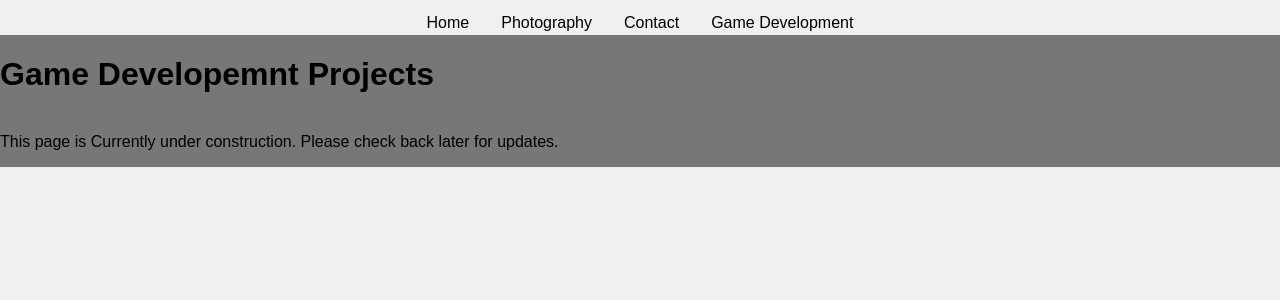
Repository: Argivist/ArgPortfolio
Page: game/index.html
These files come from the project's save history. The page is drawn as it stood at one moment and after a run of saves; the edit follows.
The browser window is 1280 px wide. The pictures show the whole page.

Above is the page before, as saved 2025-03-28 20:39:25.
Not found: css/game.css

### game/index.html
<!DOCTYPE html>
<html lang="en">

<head>
    <meta charset="UTF-8">
    <meta name="viewport" content="width=device-width, initial-scale=1.0">
    <link rel="stylesheet" href="../css/styles.css">
    <link rel="stylesheet" href="../css/nav.css">
    <link rel="stylesheet" href="../css/items.css">
    <link rel="stylesheet" href="../css/game.css">
    <link rel="stylesheet" href="css/gamepreview.css">


    <title>Hutton Amison-Addy</title>

    <style>
        body{
            background-color: #f0f0f0;
            font-family: 'Arial', sans-serif;
        }
    </style>
</head>

<body>
    <nav>
        <ul>
            <li class="nav-content"><a href="../../index.html">Home</a></li>
            <li class="nav-content"><a href="https://www.instagram.com/theworldinoneseye/">Photography</a></li>

            <li class="dropdown nav-content">
                <a>Contact</a>
                <ul class="dropdown-content">
                    <li><a href="https://www.linkedin.com/in/hutton-amison-addy-7b1b3b1b1/">LinkedIn</a></li>
                    <li><a href="https://www.github.com/Argivist">GitHub</a></li>
                    <li><a href="mailto:hutton.amison@ashesi.edu.gh">hutton.amison@ashesi.edu.gh</a></li>
                    <li><a href="mailto:huttonaaddy.public@gmail.com">huttonaaddy.public@gmail.com</a></li>
                </ul>
            </li>

            <li class="dropdown nav-content active">
                <a href="#" class="active-text">Game Development</a>
                <ul class="dropdown-content">
                    <li><a>Game Development Projects</a></li>
                    <li class=""><a href="../blender/index.html">Blender</a></li>
                </ul>
            </li>
        </ul>
    </nav>
    <div class="padding">
    </div>
        <div class="overlay">

            <!-- aditional context -->
            <div>
                <h1>Game Developemnt Projects</h1>
                <p class="desc">
                    This page is Currently under construction. Please check back later for updates.
                </p>
            </div>

            <!-- Preview -->
            <!-- <div id="previews"></div> -->

        </div>



</body>
<!-- Include PapaParse from CDN -->
 <!-- uncomment when ready to edit -->
<!-- <script src="https://cdnjs.cloudflare.com/ajax/libs/PapaParse/5.3.2/papaparse.min.js"></script> -->
<!-- <script src="./js/loadPreviews.js" defer></script> -->

</html>

### css/styles.css
body{
    height: 100%;
    margin: 0;
    padding: 0;
}

 p {
    white-space: pre-line; /* preserves newlines, but collapses extra spaces */
  }
  .overlay {
    /* position: fixed; */
    position: absolute;
    left: 0;
    width: 100%;
    /* height: 100%; */
    background-color: rgba(0, 0, 0, 0.5); /* Adjust opacity as needed */
    z-index: -1; /* Keeps it behind your content */
}

### css/nav.css
/* 1. Define default variables in :root */


/* NAV Content and Dropdown */
.nav-content {
    position: relative;
    display: inline-block;
}

.dropdown {
    position: relative; /* For proper absolute positioning of its child */
    display: inline-block;
}

.dropdown:hover .dropdown-content {
    display: block;
}

.dropdown-content {
    display: none;
    position: absolute; /* This makes it overlay other elements without affecting layout */
    background-color: var(--dropdown-bg);
    min-width: 160px;
    box-shadow: 0px 8px 16px 0px rgba(0,0,0,0.2);
    z-index: 1;
}

/* Nav Stylisation */
nav {
    background-color: var(--nav-bg);
    position: fixed;
    top: 0;
    left: 0;
    width: 100vw;
    z-index: 100;
    display: flex;
    justify-content: center;  /* Centers the nav content horizontally */
    align-items: center;      /* Vertically centers items */
    margin: 0;
    color: var(--nav-link-color);
}

/* Reserve space for the fixed navbar */
.padding {
    height: 35px;  /* Adjust this value to match your navbar's height */
    top: 0;
    left: 0;
    width: 100%;
    bottom: 0;
}

/* Nav List Styles */
nav ul {
    list-style-type: none;
    margin: 0;
    padding: 0;
    display: flex;
}

nav ul li {
    display: inline-block;
    margin: 0;
    text-align: center;
    /* If you want each <li> to match nav’s background: */
    background-color: var(--nav-bg);
}

/* Nav Links */
nav ul li a {
    display: block;
    color: var(--nav-link-color);
    text-align: center;
    padding: 14px 16px;
    text-decoration: none;
}

nav ul li a:hover {
    background-color: var(--nav-link-hover-bg);
    color: var(--nav-link-active-color);
}

/* Optional: Ensure dropdown list items take full width */
.dropdown ul li {
    width: 100%;
}

/* Active link styling */
.active {
    background-color: var(--active-bg);
    /* color: var(--nav-link-active-color); */
    text-decoration: none;
}
/* If .active is on the <li>, target the <a> inside */
.active-text{
    color: var(--nav-link-active-color);
}

### css/items.css

/* Container for preview items arranged in a 3-column grid */
#previews {
    display: grid;
    grid-template-columns: repeat(3, 1fr);
    gap: 20px; /* Adjust gap between items as needed */
    padding: 20px;
    height: fit-content;
  }
  @media (max-width: 768px) {
    #previews{
        display: block;
    }
}

/* Preview Box */
/* Make sure the preview box is positioned relative */
.preview-box {
    position: relative;
    width: 100%;
    height: 50vh;
    margin: 50px auto;
    border: 1px solid var(--preview-box-border-color);
    border-radius: 3px;
    overflow: hidden;
    cursor: pointer;
    box-shadow: 0 2px 8px rgba(0, 0, 0, 0.2);
    transition: transform 0.3s ease;
  }
  /* for smaller devices */
    @media (max-width: 768px) {
        .preview-box {
        height: 100vh;
        }
    }


  .preview-box:hover {
    transform: scale(1.03);
  }

  .preview-box:hover .preview-image {
    /* transform: scale(3); */
    transition: transform 0.3s ease;
    /* object-fit: cover; */
  }

  /* Ensure the image fills the container */
/* Ensure the image fills the container and is aligned to the left */
.preview-image {
    display: block;
    width: 100%;
    height: 100%;
    object-fit:cover;
    object-position: left center; /* Align image to the left */
    transition: 0.3s ease;
    transform: scale(1);
  }

  /* On hover, zoom out a bit (scale down) and keep it left-aligned */
  .preview-box:hover .preview-image {
    object-fit: fill;
    transition:  0.3s ease;
  }

  /* Pseudo-element for the mask overlay */
  .preview-box::before {
    content: "";
    position: absolute;
    bottom: 0;
    left: 0;
    width: 100%;
    height: 100%; /* Adjust height as needed */
    background: var(--preview-box-mask);
    pointer-events: none; /* Allows clicks to pass through */
    transition: opacity 0.3s ease;
  }

  /* On hover, fade out the mask */
  .preview-box:hover::before {
    opacity: 0;
  }


  /* Header as overlay at the bottom */
  .preview-header {
    position: absolute;
    bottom: 0;
    left: 0;
    width: 100%;
    background-color: transparent;
    color: var(--preview-header-color); /* using the color variable */
    text-align: center;
    padding: 10px;
    font-size: 1.2em;
    transition: background-color 0.3s ease;
  }

  /* Remove the opacity mask on hover */
  .preview-box:hover .preview-header {
    background-color:var(--preview-box-mask);

  }


  /* Modal Styles */
  .modal {
    display: none; /* Hidden by default */
    position: fixed;
    z-index: 200;
    left: 0;
    top: 0;
    width: 100%;
    height: 100%;
    overflow: auto; /* Enable scroll if needed */
    background-color: var(--modal-bg-color);
  }

  .modal-content {
    background-color: var(--modal-content-bg);
    margin: 5% auto;
    padding: 20px;
    width: 80%;
    max-width: 1000px;
    display: flex;
    flex-wrap: wrap;
    border-radius: 8px;
    position: relative;
  }

  .close {
    position: absolute;
    top: 10px;
    right: 15px;
    color: var(--close-color);
    font-size: 30px;
    font-weight: bold;
    cursor: pointer;
    transition: color 0.2s;
  }

  .close:hover {
    color: var(--close-hover-color);
  }

  /* Modal image container */
  .modal-image-container {
    flex: 2 1 60%;
    padding: 10px;
  }

  .modal-image {
    width: 100%;
    height: auto;
    border-radius: 4px;
  }

  /* Modal sidebar */
  .modal-sidebar {
    flex: 1 1 35%;
    padding: 10px;
    max-height: 80vh;
    overflow-y: auto;
    border-left: 2px solid var(--sidebar-border-color);
  }

  .modal-sidebar h2 {
    margin-top: 0;
  }

  .modal-description {
    font-size: 16px;
    line-height: 1.5;
  }

  /* Extra Images Container */
  .extra-images-container {
    display: flex;
    flex-wrap: wrap;
    gap: 10px;
    margin-top: 10px;
  }

  .extra-image {
    width: 100px;
    height: auto;
    border: 1px solid var(--extra-image-border-color);
    border-radius: 4px;
    cursor: pointer;
    transition: transform 0.2s;
  }

  .extra-image:hover {
    transform: scale(1.05);
  }

### game/css/gamepreview.css
:root {
      /* Preview Box Colors */
      --preview-box-border-color: #ccc;
      --preview-box-mask: rgba(255, 149, 0, 0.408);

      /* Header Colors */
      --preview-header-bg: var(--nav-bg, #333);
      --preview-header-color: var(--nav-link-color, #fff);

      /* Modal Colors */
      --modal-bg-color: rgba(0, 0, 0, 0.8);
      --modal-content-bg: #fff;

      /* Close Button Colors */
      --close-color: #aaa;
      --close-hover-color: #000;

      /* Sidebar Colors */
      --sidebar-border-color: #ccc;

      /* Extra Images Colors */
      --extra-image-border-color: #ccc;
}

After the next 2 saves:
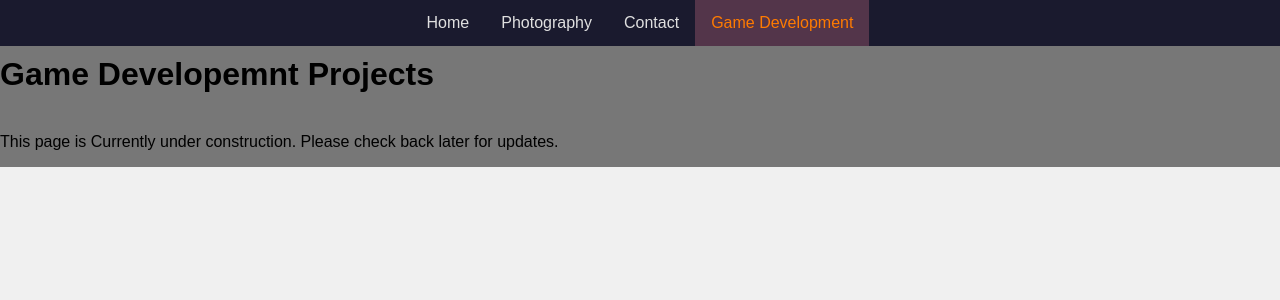
The 2 saves are shown as one change because they came seconds apart.
The last was saved 12 s later.
--- /dev/null
+++ b/css/game.css
@@ -0,0 +1,12 @@
+:root {
+    --nav-bg: #1a1a2e;          /* Deep space blue - dark, modern background */
+    --nav-link-color: #e0e0e0;  /* Light gray for readability */
+    --nav-link-hover-bg: #16213e; /* Darker blue for hover */
+    --dropdown-bg: #0f3460;      /* Cool cyberpunk blue for dropdowns */
+    --active-bg: #53354a;        /* Deep reddish-purple for active elements */
+    --border-color: #3a3a52;     /* Subtle blue-gray border */
+    --text-color: #f5f5f5;       /* Almost white for good contrast */
+    --nav-link-active-color: #ff7b00; /* Neon orange for highlights */
+    --accent-color: #ff007f;     /* Hot pink for interactive elements */
+    --secondary-accent: #00f2ff; /* Neon cyan for extra cyber feel */
+}
